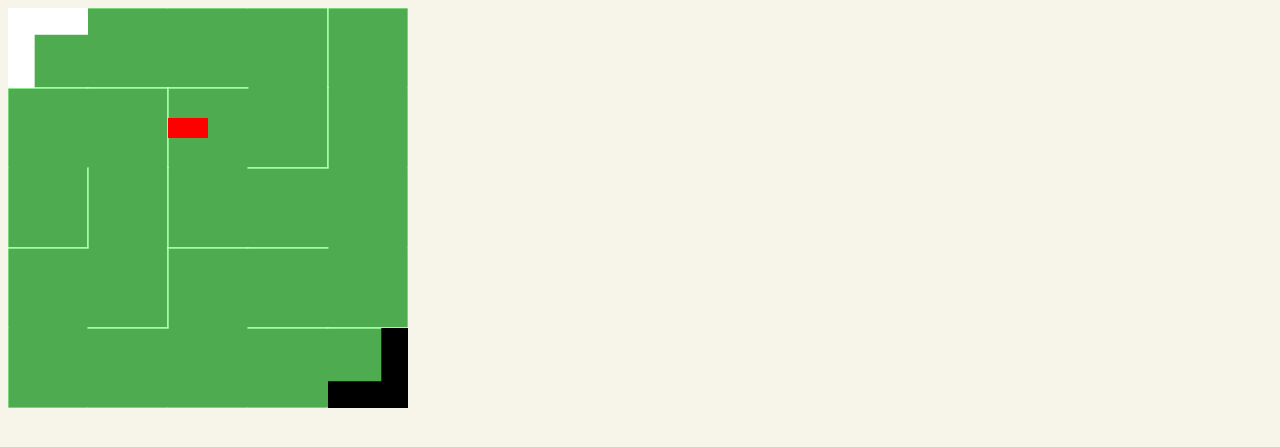
Repository: animarcus/maze-generator
Page: index.html
An editor plug-in stored every save of this project. The page is shown before and after the next save, followed by the edit.
The browser window is 1280 px wide. The pictures show the whole page.
Some web libraries are served in a nearby version.

Above is the page before, as saved 2020-09-12 18:12:03.

### index.html
<!DOCTYPE html>
<html lang="en">
<head>
  <link rel="apple-touch-icon" sizes="180x180" href="/icons/apple-touch-icon.png">
  <link rel="icon" type="image/png" sizes="32x32" href="/icons/favicon-32x32.png">
  <link rel="icon" type="image/png" sizes="16x16" href="/icons/favicon-16x16.png">
  <link rel="manifest" href="/icons/site.webmanifest">
  <link rel="mask-icon" href="/icons/safari-pinned-tab.svg" color="#5bbad5">
  <link rel="shortcut icon" href="/icons/favicon.ico">
  <meta name="msapplication-TileColor" content="#da532c">
  <meta name="msapplication-config" content="/icons/browserconfig.xml">
  <meta name="theme-color" content="#ffffff">

  <script type="text/javascript" src="https://cdn.jsdelivr.net/npm/p5@1.1.4/lib/p5.min.js"></script>
  <script src="js/cell.js"></script>
  <script src="js/sketch.js"></script>
  <script src="js/solver.js"></script>


  <link rel="stylesheet" href="css/style.css">
  <meta charset="UTF-8">
  <meta name="viewport" content="width=device-width, initial-scale=1.0, maximum-scale=1.0, user-scalable=0">
  <title>Maze Generator</title>
</head>
<body>
</body>
</html>

### js/cell.js
class Cell {
  constructor(i, j) {
    this.i = i;
    this.j = j;
    this.walls = [true,true,true,true];
    this.visited = false;
  }
  checkNeighbors() {
    let neighbors = [];
    // console.log(index(i+1  , j   ));
    let top     = grid[index(this.i    , this.j-1 )];
    let right   = grid[index(this.i+1  , this.j   )];
    let bottom  = grid[index(this.i    , this.j +1)];
    let left    = grid[index(this.i-1  , this.j   )];
    if (top && !top.visited) {
      neighbors.push(top);
    }
    if (right && !right.visited) {
      neighbors.push(right);
    }
    if (bottom && !bottom.visited) {
      neighbors.push(bottom);
    }
    if (left && !left.visited) {
      neighbors.push(left);
    }
    if (neighbors.length > 0) {
      let r = floor(Math.random() * neighbors.length);
      return neighbors[r];
    } else {
      return undefined;
    }
  }
  highlight() {
    let x = this.i * w;
    let y = this.j * w;
    fill(150, 0, 0, 255);
    noStroke();
    rect(x, y, w, w);
  }
  show() {
    let x = this.i*w;
    let y = this.j*w;
    stroke(255);
    if (this.walls[0]) {
      line(x,y,x+w,y);
    }
    if (this.walls[1]) {
      line(x+w,y,x+w,y+w);
    }
    if (this.walls[2]) {
      line(x+w,y+w,x,y+w);
    }
    if (this.walls[3]) {
      line(x,y+w,x,y);
    }
    if (this.visited) {
      noStroke();
      fill(100, 255, 100, 150);
      rect(x, y, w, w);
    }
  }
}

### js/sketch.js



let cols, rows;
let w = 80;
let grid = [];
let current;
let stack = [new Cell(0, 0)];

let generated;
let solveOK;


function setup() {
  createCanvas(400,400);
  cols = floor(width/w);
  rows = floor(width/w);

  // frameRate(7);

  generated = false;
  solveOK = false;

  for (let j = 0; j < rows; j++) {
    for (let i = 0; i < cols; i++) {
      let cell = new Cell(i,j);
      grid.push(cell);
    }
  }
  current = grid[0];
}

function draw() {
  background(51);
  for (let i = 0; i < grid.length; i++) {
    grid[i].show();
  }
  if (!generated) {
    maze.generateMaze();
  } else if (solveOK) {
    maze.solveMaze();
  }
}


let maze = {
  generateMaze : function() {
    current.visited = true;
    current.highlight();
    let next = current.checkNeighbors();
    // console.log(stack);
    if (next) {
      next.visited = true;
      //step 2
      stack.push(next);
      //step 3
      removeWalls(current, next);
      //step 4
      current = next;
    } else if (stack.length > 0) {
      current = stack.pop();
      if (stack.length == 0) {
        frameRate(3);
        // console.log("no");
        solver = new Solver(0, 0);
        generated = true;

        solveOK = true;
      }
    }
  },
  solveMaze : function() {
    // grid[0].highlight();
    noStroke();
    fill(color("white"));
    rect(grid[0].i, grid[0].j, w/3, w);
    rect(grid[0].i, grid[0].j, w, w/3);
    fill(color("black"));
    rect(grid[grid.length-1].i*w + w, grid[grid.length-1].j*w + w, -w/3, -w);
    rect(grid[grid.length-1].i*w + w, grid[grid.length-1].j*w + w, -w, -w/3);

    fill(color("red"));
    // rect(solver.i+w/10,solver.j+w/10,w-w/5,w-w/5);
    solver.draw();
    solver.move();
  }
};


function index(i, j) {
  if (i < 0 || j < 0 || i > cols-1 || j > rows-1) {
    return -1;
  }
  return i + j * cols;
}


function removeWalls(a, b) {
  let x = a.i - b.i;
  if (x === 1) {
    a.walls[3] = false;
    b.walls[1] = false;
  } else if (x == -1) {
    a.walls[1] = false;
    b.walls[3] = false;
  }

  let y = a.j - b.j;
  if (y === 1) {
    a.walls[0] = false;
    b.walls[2] = false;
  } else if (y === -1) {
    a.walls[2] = false;
    b.walls[0] = false;
  }

}

### js/solver.js
let facing;
class Solver {
  constructor(x, y) {
    this.i = x;
    this.j = y;
    this.direction = -1; // up-right-down-left
  }
  draw() {
    this.current = grid[index(this.i, this.j)];

    fill(color("red"));
    this.direction = Math.abs(this.direction);
    let x = this.i*w;
    let y = this.j*w;

    if (this.direction % 4 === 0) {
      this.direction = 0;
      this.facing = grid[index(this.i, this.j-1)];
      rect(x + w/2-w/8, y + w/2, w/4, -w/2);
    } else if (this.direction % 4 === 1) {
      this.direction = 1;
      rect(x + w/2, y + w/2-w/8, w/2, w/4);
      this.facing = grid[index(this.i+1, this.j)];
    } else if (this.direction % 4 === 2) {
      this.direction = 2;
      rect(x + w/2-w/8, y + w/2, w/4, w/2);
      this.facing = grid[index(this.i, this.j+1)];
    } else if (this.direction % 4 === 3) {
      this.direction = 3;
      rect(x + w/2, y + w/2-w/8, -w/2, w/4);
      this.facing = grid[index(this.i-1, this.j)];
    }
  }
  move() {
    console.log(this.direction);
    // console.log(this.current.walls);
    if (this.current.walls[this.direction]) {
      if (this.current.walls[this.direction + 1]) {
        this.direction -= 1;
      }
      if (this.current.walls[this.direction - 1]) {
        this.direction += 1;
      }
    } else {
      this.i = this.facing.i;
      this.j = this.facing.j;
    }

    // up wall check : this.current.walls[0] && this.facing.walls[2]
    // right wall check : this.current.walls[1] && this.facing.walls[3]
    // down wall check : this.current.walls[2] && this.facing.walls[0]
    // left wall check : this.current.walls[3] && this.facing.walls[1]
  }
}

### css/style.css
* {
  cursor: default;
  /* -webkit-touch-callout: none;
  -webkit-user-select: none;
  -khtml-user-select: none;
  -moz-user-select: none;
  -ms-user-select: none;
  user-select: none; */
}
body {
  background: #f7f4ea;
  height: 100%;
  overflow-y: hidden;
  overflow-x: hidden;
  /* border-radius: 50%; */
}

/* p {
  position: absolute;
  top:50%;
  left:50%;
  transform: translate(-50%,-50%);
} */

After the next save:
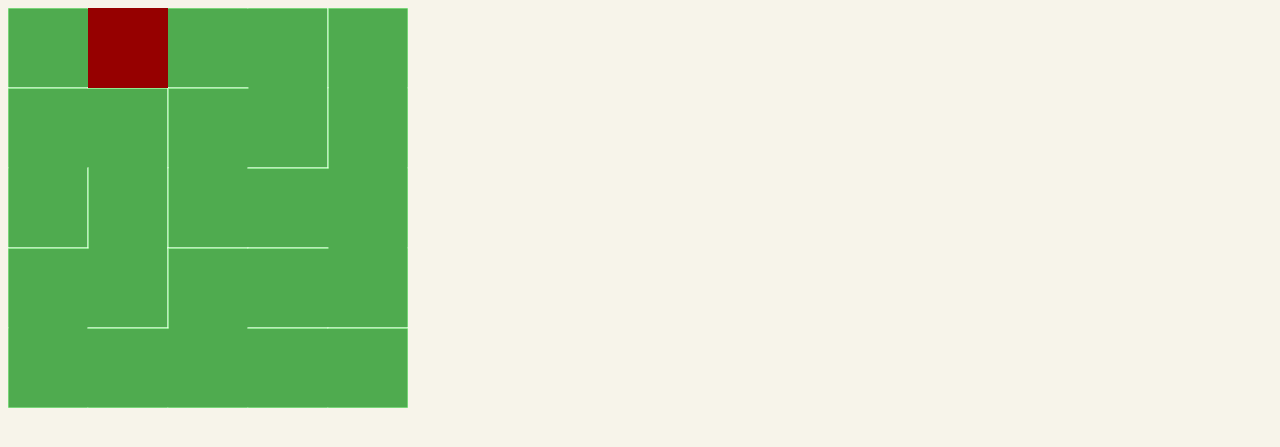
Console error: SyntaxError: Unexpected token '}'
Saved 62 s later.
--- a/js/solver.js
+++ b/js/solver.js
@@ -37,10 +37,9 @@
     if (this.current.walls[this.direction]) {
       if (this.current.walls[this.direction + 1]) {
         this.direction -= 1;
-      }
-      if (this.current.walls[this.direction - 1]) {
+      } else if (this.current.walls[this.direction - 1]) {
         this.direction += 1;
-      }
+      } else if (!this.current.walls[this.direction + 1] && !this.current.walls[this.direction - 1])
     } else {
       this.i = this.facing.i;
       this.j = this.facing.j;

After the save that followed:
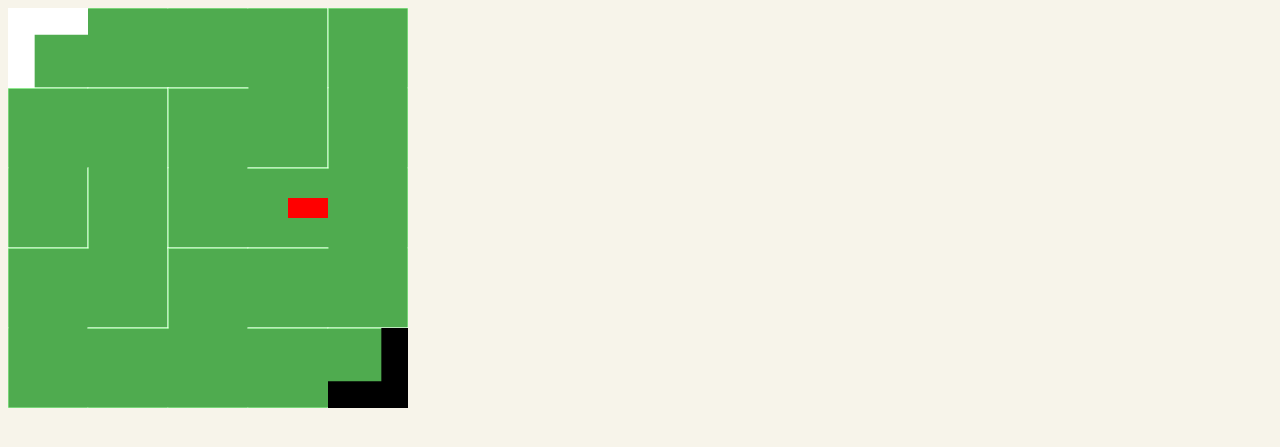
The error is gone.
Saved 22 s later.
--- a/js/solver.js
+++ b/js/solver.js
@@ -39,7 +39,9 @@
         this.direction -= 1;
       } else if (this.current.walls[this.direction - 1]) {
         this.direction += 1;
-      } else if (!this.current.walls[this.direction + 1] && !this.current.walls[this.direction - 1])
+      } else if (!this.current.walls[this.direction + 1] && !this.current.walls[this.direction - 1]) {
+        this.direction -= 1;
+      }
     } else {
       this.i = this.facing.i;
       this.j = this.facing.j;
